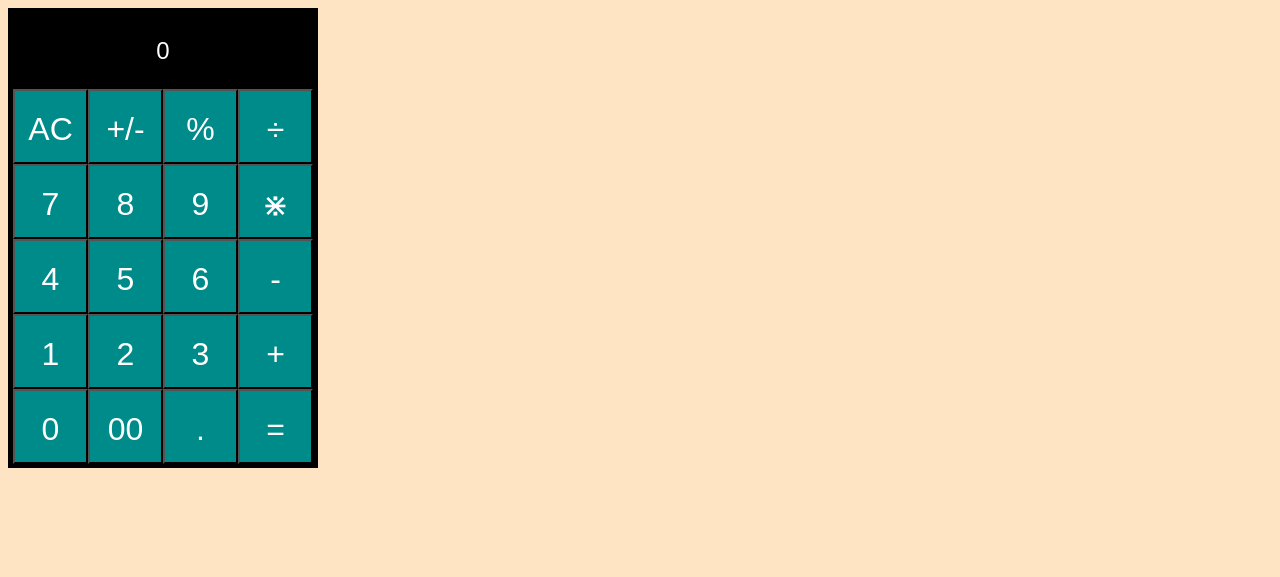
Repository: noahcallen/LAB-calculator
Page: index.html
These files come from the project's save history. The page is drawn as it stood at one moment and after the next save; the edit follows.
The browser window is 1280 px wide. The pictures show the whole page.

Above is the page before, as saved 2024-07-10 19:15:03.

### index.html
<!DOCTYPE html>
<html lang="en">
<head>
  <meta charset="UTF-8">
  <meta name="viewport" content="width=device-width, initial-scale=1.0">
  <title>Document</title>
  <link rel="stylesheet" href="main.css">
  <meta name="viewport" content="width=device-width, initial-scale=1">
</head>
<body>
  <div class="container">
    <div class="display">
      <p>0</p>
    </div>
    <div class="row">
      <div class="col">
        <button type="button" class="btn btn-primary">AC</button>
      </div>
      <div class="col">
        <button type="button" class="btn btn-primary">+/-</button>
      </div>
      <div class="col">
        <button type="button" class="btn btn-primary">%</button>
      </div>
      <div class="col">
        <button type="button" class="btn btn-primary">÷</button>
      </div>
      <div class="col">
        <button type="button" class="btn btn-primary">7</button>
      </div>
      <div class="col">
        <button type="button" class="btn btn-primary">8</button>
      </div>
      <div class="col">
        <button type="button" class="btn btn-primary">9</button>
      </div>
      <div class="col">
        <button type="button" class="btn btn-primary">⋇</button>
      </div>
      <div class="col">
        <button type="button" class="btn btn-primary">4</button>
      </div>
      <div class="col">
        <button type="button" class="btn btn-primary">5</button>
      </div>
      <div class="col">
        <button type="button" class="btn btn-primary">6</button>
      </div>
      <div class="col">
        <button type="button" class="btn btn-primary">-</button>
      </div>
      <div class="col">
        <button type="button" class="btn btn-primary">1</button>
      </div>
      <div class="col">
        <button type="button" class="btn btn-primary">2</button>
      </div>
      <div class="col">
        <button type="button" class="btn btn-primary">3</button>
      </div>
      <div class="col">
        <button type="button" class="btn btn-primary">+</button>
      </div>
      <div class="col">
        <button type="button" class="btn btn-primary">0</button>
      </div>
      <div class="col">
        <button type="button" class="btn btn-primary">00</button>
      </div>
      <div class="col">
        <button type="button" class="btn btn-primary">.</button>
      </div>
      <div class="col">
        <button type="button" class="btn btn-primary">=</button>
      </div>
  </div>

  </div>



  <script src="main.js"></script>
  <!-- import js bootstrap -->
  <script src="https://cdn.jsdelivr.net/npm/bootstrap@5.3.3/dist/js/bootstrap.bundle.min.js" integrity="sha384-YvpcrYf0tY3lHB60NNkmXc5s9fDVZLESaAA55NDzOxhy9GkcIdslK1eN7N6jIeHz" crossorigin="anonymous"></script>
</body>
</html>

### main.css
body {
  background-color: bisque;
}

.display {
  color: white;
  font-family: Arial, Helvetica, sans-serif;
  font-size: x-large;
}

.container {
  background-color:black;
  text-align: center;
  /* display: flex; */
  /* justify-content: space-around; */
  border: solid 5px black;
  height: 450px;
  width: 300px;
}

.btn-primary {
  background-color: darkcyan;
  color: white;
  display: flex;
  flex-wrap: wrap;
  justify-content: center;
  font-family: Arial, Helvetica, sans-serif;
  font-size: xx-large;
  height: 75px;
  width: 75px;
  padding: 20px;
}

.row {
  display: flex;
  flex-wrap: wrap;
}

Loaded but not shown: main.js (no stored copy; drawn as an empty file)

After the next save:
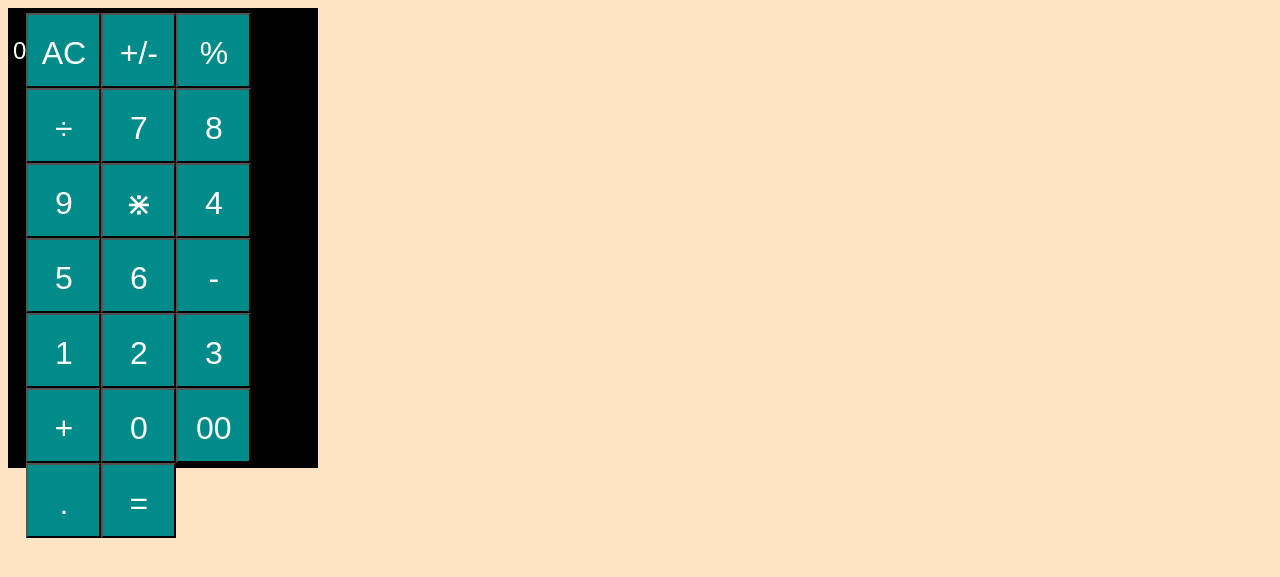
Saved 32 s later.
--- a/main.css
+++ b/main.css
@@ -11,8 +11,7 @@
 .container {
   background-color:black;
   text-align: center;
-  /* display: flex; */
-  /* justify-content: space-around; */
+  display: flex;
   border: solid 5px black;
   height: 450px;
   width: 300px;

After the save that followed:
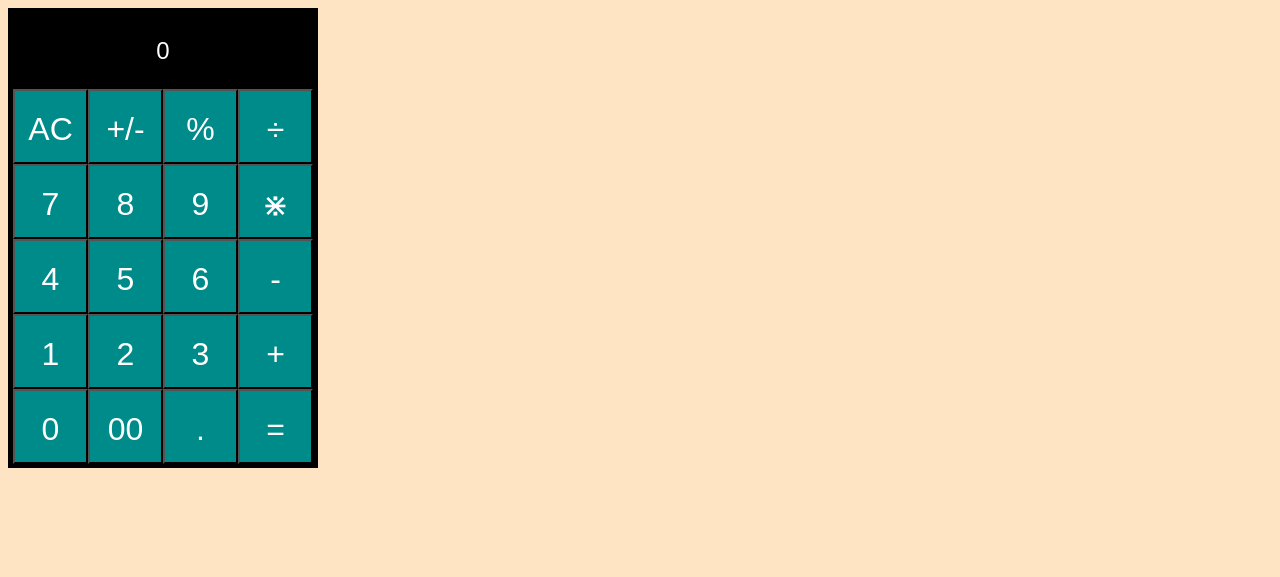
Saved 5 s later.
--- a/main.css
+++ b/main.css
@@ -11,7 +11,7 @@
 .container {
   background-color:black;
   text-align: center;
-  display: flex;
+  /* display: flex; */
   border: solid 5px black;
   height: 450px;
   width: 300px;
